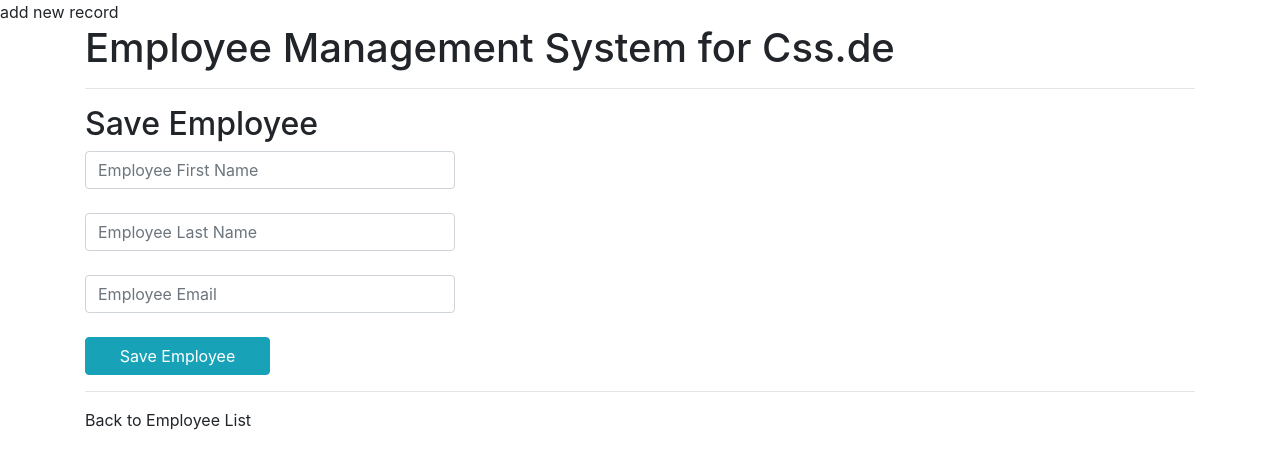
Repository: Len2/Topic4
Page: src/main/resources/templates/newIdCard.html
The author's editor kept a copy of each file at every save. The page is drawn from the files as they stood at one save, then again after the next save.
The browser window is 1280 px wide. The pictures show the whole page.

Above is the page before, as saved 2020-09-06 15:48:02.

### src/main/resources/templates/newIdCard.html
add new record<!DOCTYPE html>
<html lang="en" xmlns:th="http://www.thymeleaf.org">
<head>
<meta charset="ISO-8859-1">
<title>Employee Management System for Css.de</title>
<link rel="stylesheet"
	href="https://stackpath.bootstrapcdn.com/bootstrap/4.1.3/css/bootstrap.min.css"
	integrity="sha384-MCw98/SFnGE8fJT3GXwEOngsV7Zt27NXFoaoApmYm81iuXoPkFOJwJ8ERdknLPMO"
	crossorigin="anonymous">
</head>
<body>
	<div class="container">
		<h1>Employee Management System for Css.de</h1>
		<hr>
		<h2>Save Employee</h2>

		<form action="#" th:action="@{/saveEmployee}" th:object="${employee}"
			method="POST">
			<input type="text" th:field="*{firstName}"
				placeholder="Employee First Name" class="form-control mb-4 col-4">

				<input type="text" th:field="*{lastName}"
				placeholder="Employee Last Name" class="form-control mb-4 col-4">

				<input type="text" th:field="*{email}"
				placeholder="Employee Email" class="form-control mb-4 col-4">

				<button type="submit" class="btn btn-info col-2"> Save Employee</button>
		</form>

		<hr>

		<a th:href = "@{/}"> Back to Employee List</a>
	</div>
</body>
</html>

After the next save:
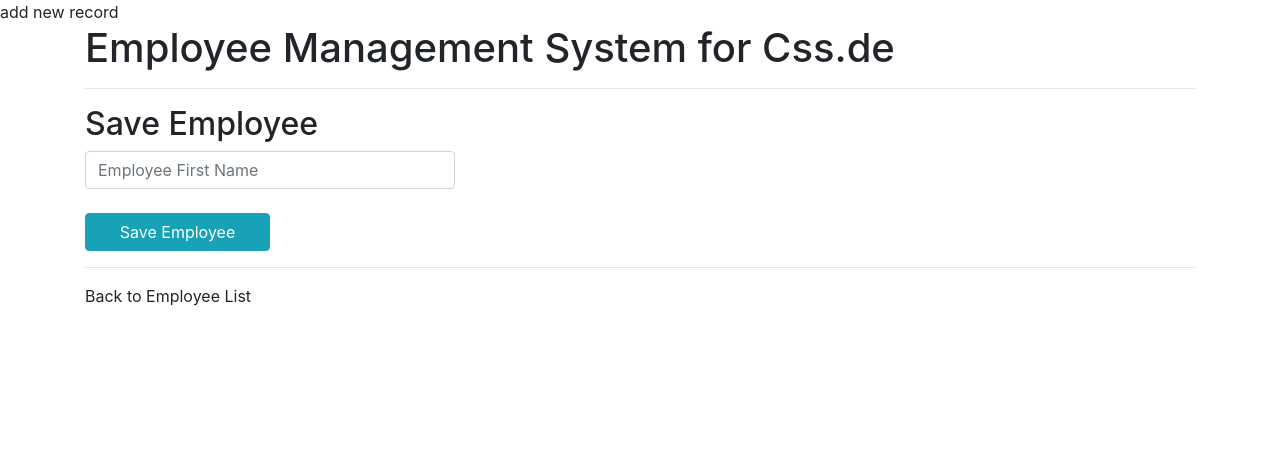
Saved 22 s later.
--- a/src/main/resources/templates/newIdCard.html
+++ b/src/main/resources/templates/newIdCard.html
@@ -19,12 +19,12 @@
 			<input type="text" th:field="*{firstName}"
 				placeholder="Employee First Name" class="form-control mb-4 col-4">
 
-				<input type="text" th:field="*{lastName}"
+				<!-- <input type="text" th:field="*{lastName}"
 				placeholder="Employee Last Name" class="form-control mb-4 col-4">
 
 				<input type="text" th:field="*{email}"
 				placeholder="Employee Email" class="form-control mb-4 col-4">
-
+				 -->
 				<button type="submit" class="btn btn-info col-2"> Save Employee</button>
 		</form>
 
